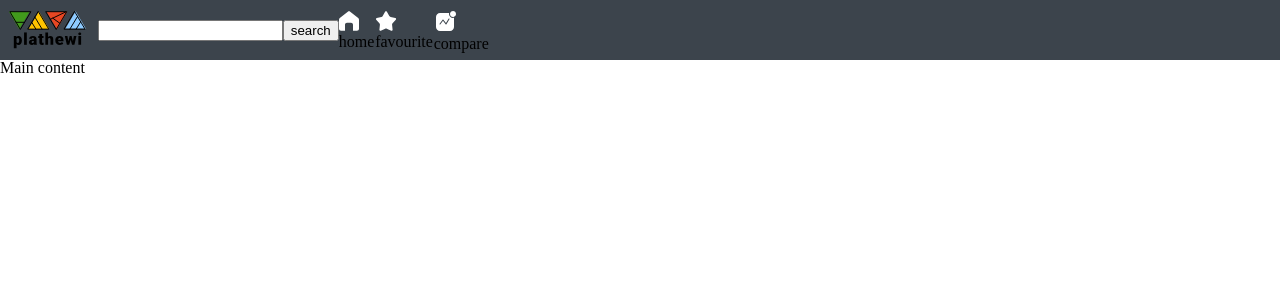
Repository: kryban93/Superhero-App
Page: /
The author's editor kept a copy of each file at every save. The page is drawn from the files as they stood at one save, then again after the next save.
The browser window is 1280 px wide. The pictures show the whole page.
The page's requests for data from a server got no answer. The project was rebuilt for these pictures with package versions that can differ from the ones it lists, and the page was loaded fresh each time. No one was signed in, and anything a server would have sent is missing. Also part of the build but not shown: src/Components/HeroCard/HeroCard.scss, src/Components/HeroCard/HeroCard.js, src/Components/RandomDeck/RandomDeck.scss.

Above is the page before, as saved 2020-08-26 18:15:59.

### src/App.js
import React from 'react';
import './App.scss';
import Nav from './Components/Nav/Nav';
import RandomDeck from './Components/RandomDeck/RandomDeck';

function App() {
  return (
    <>
      <Nav />
      <main>
        <div>Main content</div>
        <RandomDeck />
      </main>
    </>
  );
}

export default App;

### src/Components/Nav/Nav.js
import React, { useState } from 'react';
import './Nav.scss';
import logo from '../../assets/logo/logo.svg';
import * as icons from '../../assets/icons/index';

const Nav = () => {
  const [searchInputValue, setSearchInputValue] = useState('');
  return (
    <nav className='nav'>
      <img src={logo} alt='logo' className='nav__logo' />
      <div className='nav__search'>
        <input
          type='text'
          onChange={(event) => {
            setSearchInputValue(event.target.value);
          }}
          value={searchInputValue}
          name='search'
        />
        <button>search</button>
      </div>
      <div className='nav__menu'>
        <div className='nav__menu__item'>
          <img src={icons.home_white} alt='icon' />
          <p>home</p>
        </div>
        <div className='nav__menu__item'>
          <img src={icons.star_white} alt='icon' />
          <p>favourite</p>
        </div>
        <div className='nav__menu__item'>
          <img src={icons.chart_white} alt='icon' />
          <p>compare</p>
        </div>
      </div>
    </nav>
  );
};

export default Nav;

### src/Components/RandomDeck/RandomDeck.js
import React, { useEffect, useState } from 'react';
import { getBasicHeroInfoById } from '../../requests';
import HeroCard from '../HeroCard/HeroCard';

import './RandomDeck.scss';

let randomHeroesNumbers = [];

const randomInteger = () => {
  // 731 - number of last hero
  return Math.floor(Math.random() * (731 - 1 + 1)) + 1;
};

const randomizeHeroes = () => {
  for (let i = 0; i <= 4; i++) {
    const heroId = randomInteger();
    randomHeroesNumbers.push(heroId);
  }
};

const RandomDeck = () => {
  useEffect(() => {
    fetchAndRenderRandomHeroes();
  }, []);

  const [randomHeroesList, setRandomHeroesList] = useState([]);

  const fetchAndRenderRandomHeroes = async () => {
    randomHeroesNumbers = [];
    randomizeHeroes();
    const heroes = [];
    for (const heroId of randomHeroesNumbers) {
      const hero = await getBasicHeroInfoById(heroId);
      heroes.push(hero);
    }
    console.log(heroes);
    setRandomHeroesList(heroes);
  };
  return (
    <section>
      {randomHeroesList.map(({ name, powerstats, imgUrl, id }) => (
        <HeroCard key={id} name={name} imgUrl={imgUrl} powerstats={powerstats} />
      ))}
    </section>
  );
};

export default RandomDeck;

### src/Components/Nav/Nav.scss
.nav {
  display: flex;
  align-items: center;
  height: 60px;
  background-color: #3c444c;

  &__logo {
    height: 55px;
  }

  &__menu {
    width: 150px;
    display: flex;
    align-items: center;
    justify-content: space-between;
  }
}

### src/assets/icons/index.js
export const chart_white = require('./chart_white.svg');
export const chart_dark = require('./chart_dark.svg');
export const search_white = require('./search_white.svg');
export const search_dark = require('./search_dark.svg');
export const home_white = require('./home_white.svg');
export const home_dark = require('./home_dark.svg');
export const star_white = require('./star_white.svg');
export const star_dark = require('./star_dark.svg');

### src/requests.js
import axios from 'axios';

const ACCES_TOKEN = 1533153713527712;

export const getBasicHeroInfoById = async (id) => {
  const { data: powerstats } = await axios.get(`https://superheroapi.com/api/${ACCES_TOKEN}/${id}/powerstats`);
  const { data: image } = await axios.get(`https://superheroapi.com/api/${ACCES_TOKEN}/${id}/image`);

  return { name: powerstats.name, powerstats, imgUrl: image.url, id: powerstats.id };
};

Loaded but not shown: public/index.html (common file); src/index.js (common file); src/index.css (common file); src/serviceWorker.js (common file); src/App.scss (common file); src/reset.scss (common file)

After the next save:
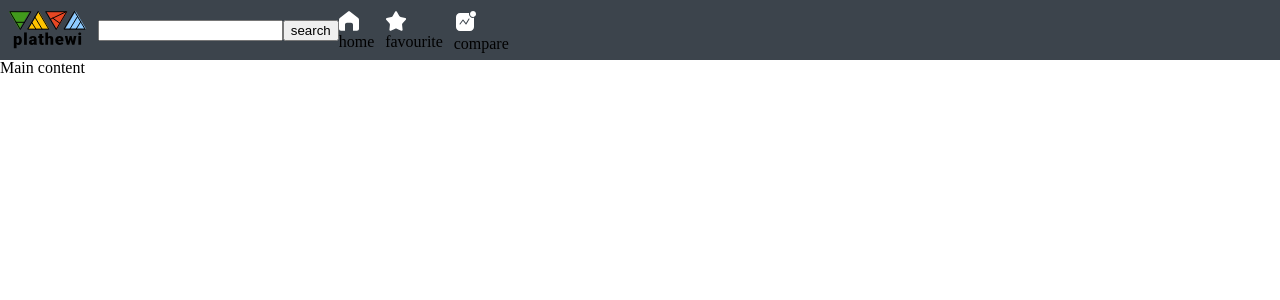
Saved 4 s later.
--- a/src/Components/Nav/Nav.scss
+++ b/src/Components/Nav/Nav.scss
@@ -9,7 +9,7 @@
   }
 
   &__menu {
-    width: 150px;
+    width: 170px;
     display: flex;
     align-items: center;
     justify-content: space-between;
